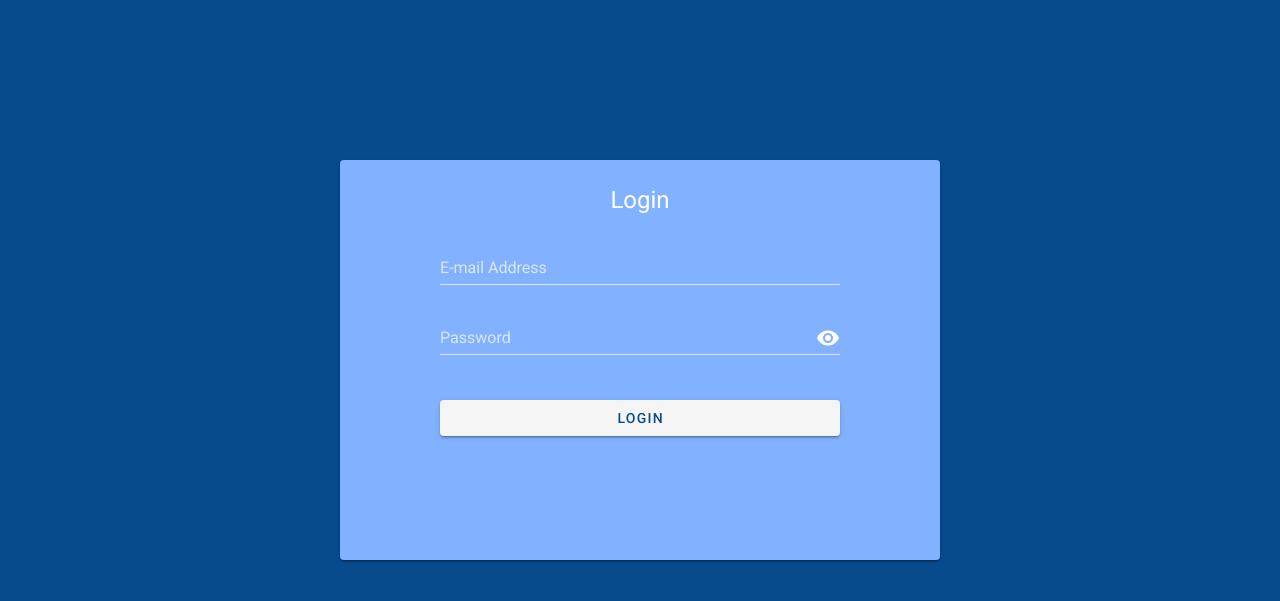
Repository: Grace229/Login
Page: /
An editor plug-in stored every save of this project. The page is shown before and after the next save, followed by the edit.
The browser window is 1280 px wide. The pictures show the whole page.
The project was rebuilt for these pictures with package versions that can differ from the ones it lists, and the page was loaded fresh each time. Also part of the build but not shown: vue.config.js, src/views/Profile.vue.

Above is the page before, as saved 2021-02-15 17:18:52.

### src/App.vue
<template>
  <v-app>
    <v-main><router-view></router-view> </v-main>
  </v-app>
</template>

<script>
export default {
  name: "App",

  components: {},

  data: () => ({
    //
  }),
};
</script>

### src/router/index.js
import Vue from "vue";
import VueRouter from "vue-router";
import Home from "../views/Home.vue";
import Profile from "../views/Profile.vue";

Vue.use(VueRouter);

const routes = [
  {
    path: "/",
    name: "Home",
    component: Home
  },
  {
    path: "/profile",
    name: "Profile",
    component: Profile
  }
];

const router = new VueRouter({
  mode: "history",
  base: process.env.BASE_URL,
  routes
});

export default router;

### src/plugins/vuetify.js
import Vue from "vue";
import Vuetify from "vuetify/lib/framework";

Vue.use(Vuetify);

export default new Vuetify({
  theme: {
    options: {
      customProperties: true,
    },
    themes: {
      light: {
        primary: "#084b8c",
        secondary: "#424242",
        accent: "#82B1FF",
        error: "#FF5252",
        info: "#2196F3",
        success: "#4CAF50",
        warning: "#FFC107",
      },
    },
  },
});

### src/views/Home.vue
<template>
  <main
    style="min-height:100vh"
    class="fill-height primary white--text d-flex flex-column justify-center pa-4"
  >
    <v-container>
      <v-card class="mx-auto accent" max-width="600" height="400">
        <header>
          <div class="headline text-center pt-6 white--text">
            Login
          </div>
        </header>
        <div class="pt-5 mx-auto accent" style="max-width: 400px;">
          <form v-on:submit.prevent="login()">
            <div>
              <v-text-field
                dark
                label="E-mail Address"
                v-model="email"
                :rules="[rules.required, rules.email]"
              />
            </div>
            <div>
              <v-text-field
                dark
                v-model="password"
                :rules="[rules.required]"
                label="Password"
                :type="showPassword ? 'text' : 'password'"
                text
                small
                @click:append="showPassword = !showPassword"
                class="transparent text-capitalize"
                :append-icon="showPassword ? 'mdi-eye-off' : 'mdi-eye'"
              >
              </v-text-field>
              <div class="pt-6">
                <v-btn block class="primary--text" type="submit">Login</v-btn>
              </div>
            </div>
          </form>
        </div>
      </v-card>
    </v-container>
  </main>
</template>

<script>
import axios from "axios";
import router from "../router";
export default {
  data() {
    return {
      email: "",
      password: "",
      FORM: {},
      showPassword: false,
      rules: {
        required: (value) => !!value || "Required.",
        counter: (value) => value.length <= 20 || "Max 20 characters",
        email: (value) => {
          const pattern = /^(([^<>()[\]\\.,;:\s@"]+(\.[^<>()[\]\\.,;:\s@"]+)*)|(".+"))@((\[[0-9]{1,3}\.[0-9]{1,3}\.[0-9]{1,3}\.[0-9]{1,3}])|(([a-zA-Z\-0-9]+\.)+[a-zA-Z]{2,}))$/;
          return pattern.test(value) || "Invalid e-mail.";
        },
      },
    };
  },
  methods: {
    login() {
      axios
        .post("https://login-api-grace.herokuapp.com/api/v1/auth/login", {
          email: this.email,
          password: this.password,
        })
        .then(() => {
          router.push({ name: "Profile" });
        })
        .catch((err) => {
          console.log(err);
        });
    },
  },
};
</script>

Loaded but not shown: public/index.html (common file); src/main.js (common file); src/store/index.js (common file)

After the next save:
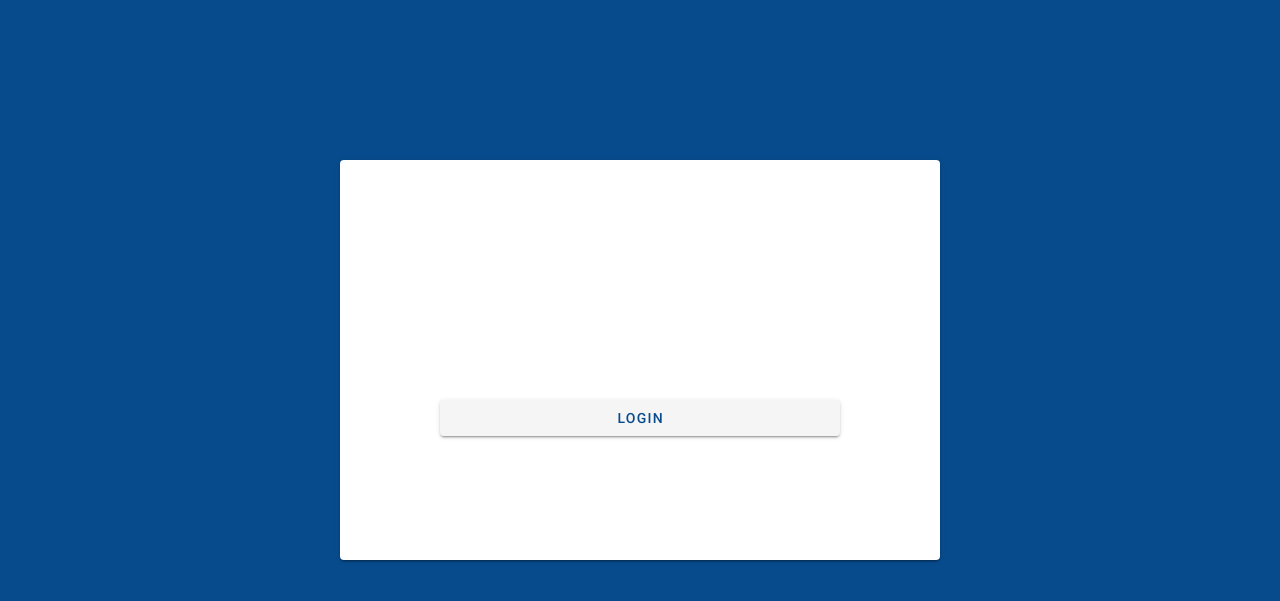
Saved 61 min 22 s later.
--- a/src/views/Home.vue
+++ b/src/views/Home.vue
@@ -4,13 +4,13 @@
     class="fill-height primary white--text d-flex flex-column justify-center pa-4"
   >
     <v-container>
-      <v-card class="mx-auto accent" max-width="600" height="400">
+      <v-card class="mx-auto" max-width="600" height="400">
         <header>
           <div class="headline text-center pt-6 white--text">
             Login
           </div>
         </header>
-        <div class="pt-5 mx-auto accent" style="max-width: 400px;">
+        <div class="pt-5 mx-auto" style="max-width: 400px;">
           <form v-on:submit.prevent="login()">
             <div>
               <v-text-field
